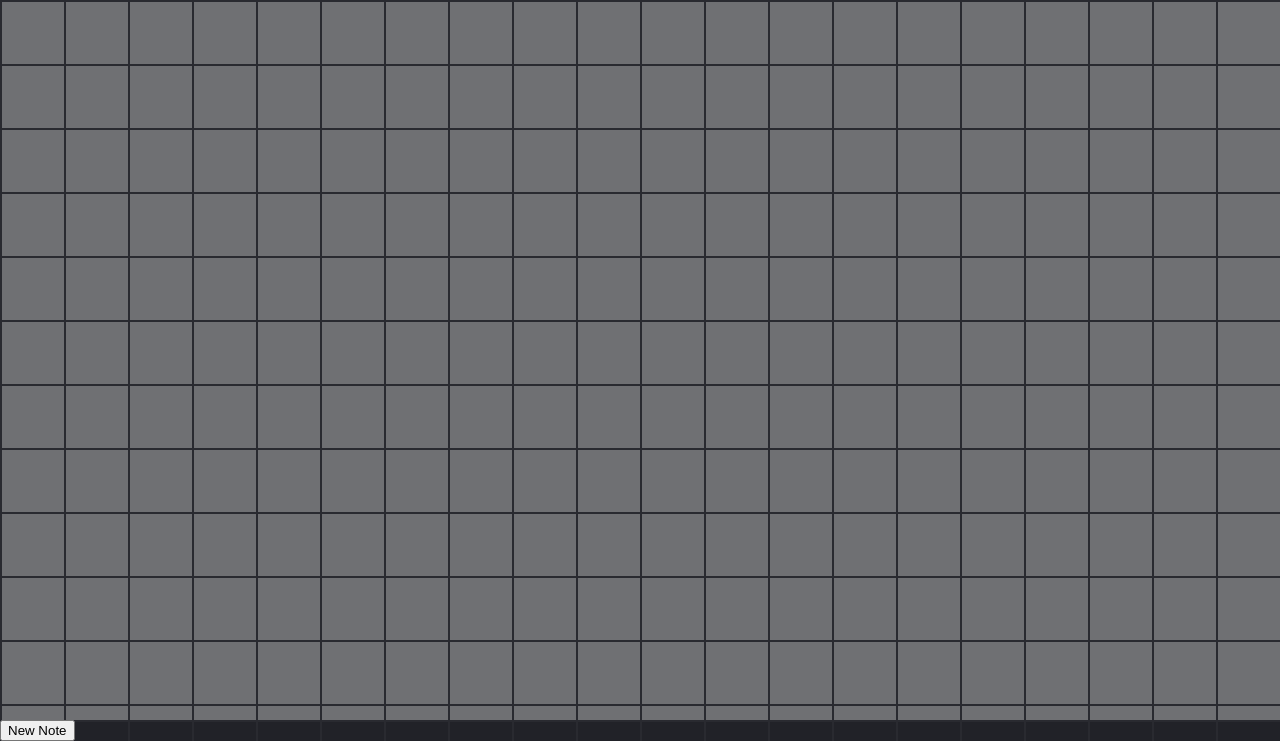
Repository: ErvinClay13/Memo-Glow
Page: index.html
An editor plug-in stored every save of this project. The page is shown before and after a run of saves, followed by the edit.
The browser window is 1280 px wide. The pictures show the whole page.

Above is the page before, as saved 2025-03-27 17:47:36.

After the next 4 saves:
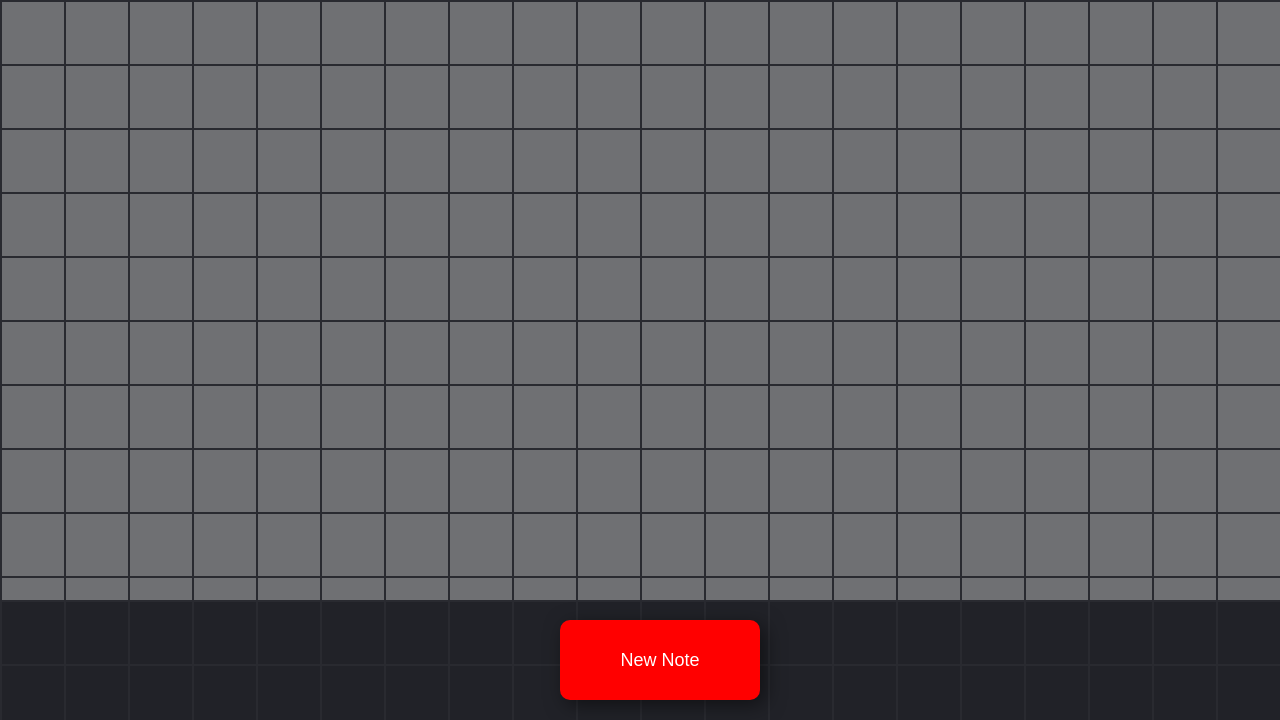
The 4 saves are shown as one change because they came seconds apart.
The last was saved 11 s later.
--- a/style.css
+++ b/style.css
@@ -1,4 +1,4 @@
-body {
+/* body {
     padding: 0;
     margin: 0;
 }
@@ -102,3 +102,85 @@
     background-color: red;
 
 }
+ */
+
+
+
+
+
+
+
+
+
+
+
+
+ body {
+    padding: 0;
+    margin: 0;
+    font-family: sans-serif;
+}
+
+#container {
+    background-color: #212228a5;
+    background-image: linear-gradient(#292a30 0.1em, transparent 0.1em),
+                      linear-gradient(90deg, #292a30 0.1em, transparent 0.1em);
+    background-size: 4em 4em;
+    height: 100vh;
+    position: relative;
+    overflow: hidden;
+}
+
+.footer {
+    background-color: #212228;
+    background-image: linear-gradient(#292a30 0.1em, transparent 0.1em),
+                      linear-gradient(90deg, #292a30 0.1em, transparent 0.1em);
+    background-size: 4em 4em;
+    padding: 20px;
+    display: flex;
+    justify-content: center;
+    position: fixed;
+    bottom: 0;
+    width: 100%;
+    z-index: 10;
+}
+
+/* Reusable card style */
+.card {
+    width: 300px;
+    height: 300px;
+    border-radius: 5px;
+    cursor: pointer;
+    position: fixed;
+    display: flex;
+    flex-direction: column;
+    justify-content: center;
+    align-items: center;
+    padding: 20px;
+    color: #000;
+    font-size: 18px;
+    text-align: center;
+    user-select: none;
+    transition: transform 0.1s ease-in-out;
+}
+
+.card:active {
+    transform: scale(1.02);
+}
+
+#addCardBtn {
+    height: 80px;
+    width: 200px;
+    background-color: red;
+    color: white;
+    font-size: 18px;
+    border: none;
+    border-radius: 10px;
+    cursor: pointer;
+    box-shadow: 5px 5px 20px #00000080;
+    transition: background-color 0.2s;
+}
+
+#addCardBtn:hover {
+    background-color: darkred;
+}
